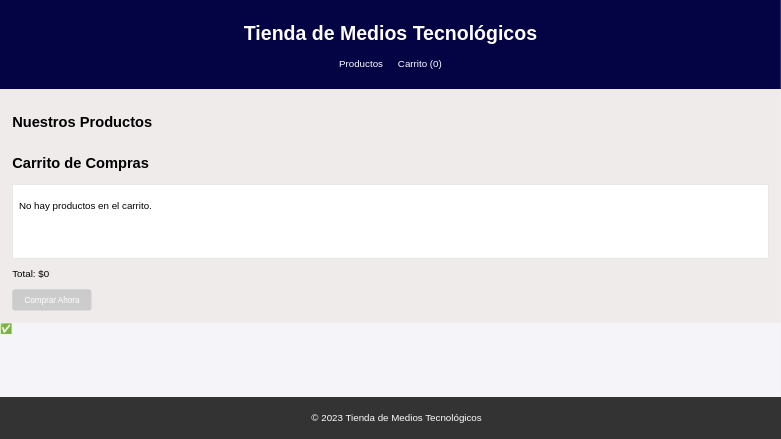
Repository: ye909/RAVPIP
Page: src/templei/ventasPortatil.html
An editor plug-in stored every save of this project. The page is shown before and after the next save, followed by the edit.
The browser window is 1280 px wide. The pictures show the whole page, at 61% of full size.

Above is the page before, as saved 2025-04-10 07:21:54.
Console error: TypeError: Cannot read properties of null (reading 'appendChild')

After the next save:
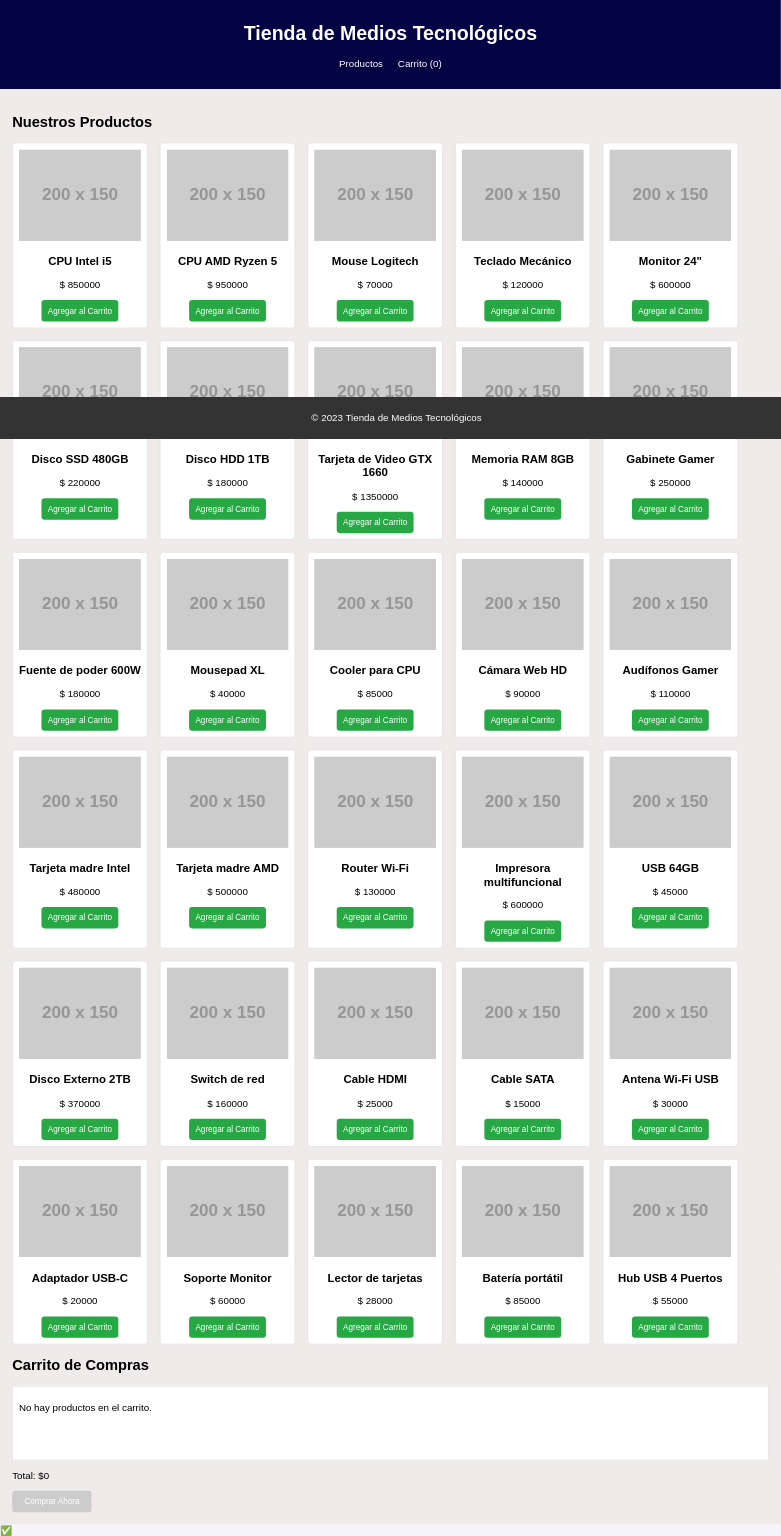
The error is gone.
Saved 116 s later.
--- a/src/templei/ventasPortatil.html
+++ b/src/templei/ventasPortatil.html
@@ -22,7 +22,7 @@
   <main>
     <section id="productos">
       <h2>Nuestros Productos</h2>
-      <div class="product-list" id="productlist">
+      <div class="product-list" id="product-list">
         <!-- Ejemplo de productos -->
         <!-- <div class="product" data-id="1" data-name="Smartphone X" data-price="500">
           <img src="https://via.placeholder.com/150" alt="Smartphone X">
